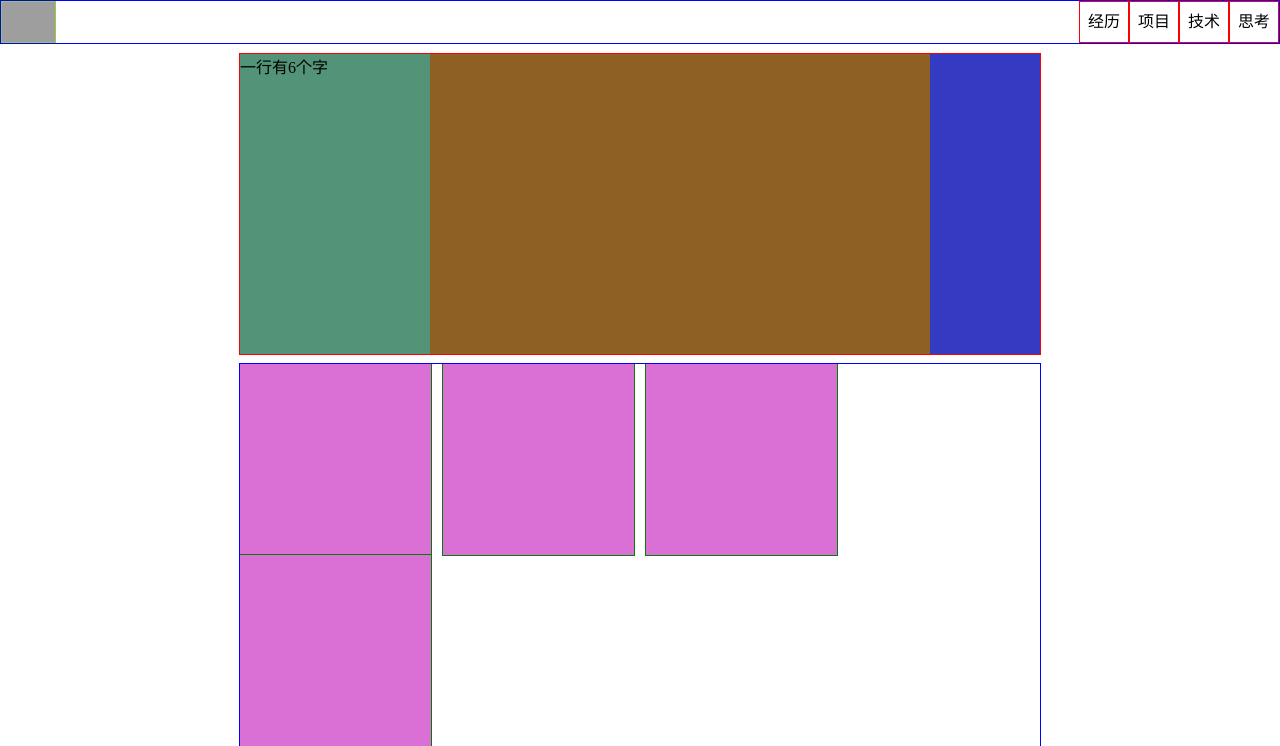
Repository: Lixianlai-2/Css-practice
Page: index.html
An editor plug-in stored every save of this project. The page is shown before and after the next save, followed by the edit.
The browser window is 1280 px wide. The pictures show the whole page.
Pictures or frames that could not be fetched are drawn as grey boxes.

Above is the page before, as saved 2021-12-03 11:15:42.

### index.html
<!DOCTYPE html>
<html>
  <head>
    <meta charset="utf-8" />
    <link rel="stylesheet" href="style.css" />
    <title>float浮动</title>
  </head>

  <body>
    <header class="clearfix">
      <div class="logo">
        <img
          src="https://avatars.githubusercontent.com/u/23273345?v=4"
          alt="头像"
        />
      </div>
      <ul class="clearfix">
        <li>经历</li>
        <li>项目</li>
        <li>技术</li>
        <li>思考</li>
      </ul>
    </header>
    <div class="content clearfix">
      <aside>一行有6个字</aside>
      <main></main>
      <div class="ad"></div>
    </div>

    <div class="imageList clearfix">
      <div class="image"></div>
      <div class="image"></div>
      <div class="image"></div>
      <div class="image"></div>
    </div>
  </body>
</html>

### style.css
* {
  margin: 0;
  padding: 0;
  box-sizing: border-box;
}

img {
  max-width: 100%;
}

.clearfix::after {
  content: "";
  display: block;
  clear: both;
}

header {
  border: 1px solid blue;
}

ul,
ol {
  list-style: none;
}

.logo {
  display: inline-block;
  border: 1px solid yellowgreen;
  float: left;
}
.logo > img {
  height: 40px;
  vertical-align: middle;
}

ul > li {
  border: 1px solid red;
  line-height: 32px;
  float: left;
  padding: 4px 0.5em;
}
ul {
  /* 必须让其浮动，也让logo浮动，才能让其父容器完全贴合 */
  float: right;
}

.content {
  /* 不占据空间，绘制于元素内容周围 */
  outline: 1px solid red;
  width: 800px;
  margin-top: 10px;
  margin-left: auto;
  margin-right: auto;
}

.content > aside {
  width: 190px;

  height: 300px;
  float: left;
  background-color: rgb(83, 147, 119);
}

.content > main {
  height: 300px;
  width: 500px;
  float: left;
  background-color: rgb(142, 96, 35);
}

.content > .ad {
  width: 110px;
  height: 300px;
  float: left;
  background-color: rgb(52, 59, 194);
}

.imageList {
  outline: 1px solid blue;
  width: 800px;
  margin-top: 10px;
  margin-left: auto;
  margin-right: auto;
}

.image {
  outline: 1px solid green;
  background-color: orchid;
  width: 191px;
  height: 191px;
  float: left;
  margin-right: 12px;
}

After the next save:
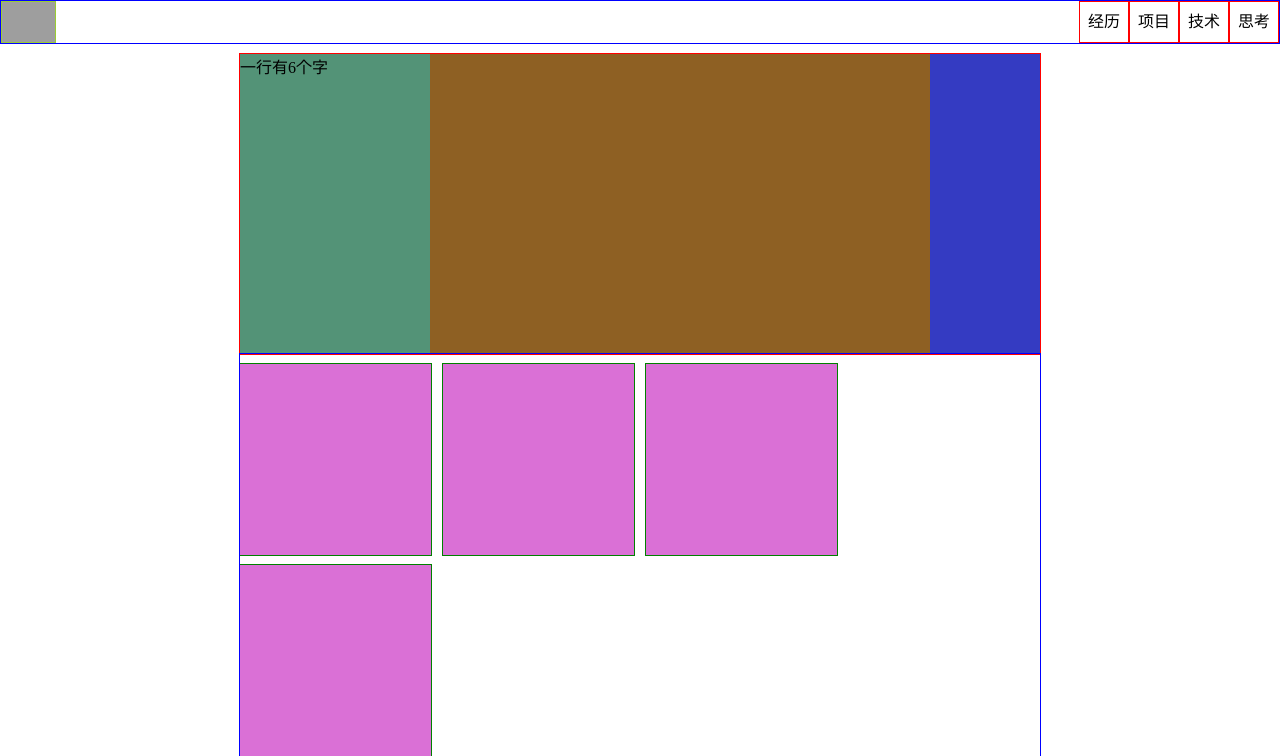
Saved 4 min 12 s later.
--- a/style.css
+++ b/style.css
@@ -78,7 +78,7 @@ ul {
 .imageList {
   outline: 1px solid blue;
   width: 800px;
-  margin-top: 10px;
+
   margin-left: auto;
   margin-right: auto;
 }
@@ -89,5 +89,6 @@ ul {
   width: 191px;
   height: 191px;
   float: left;
+  margin-top: 10px;
   margin-right: 12px;
 }
